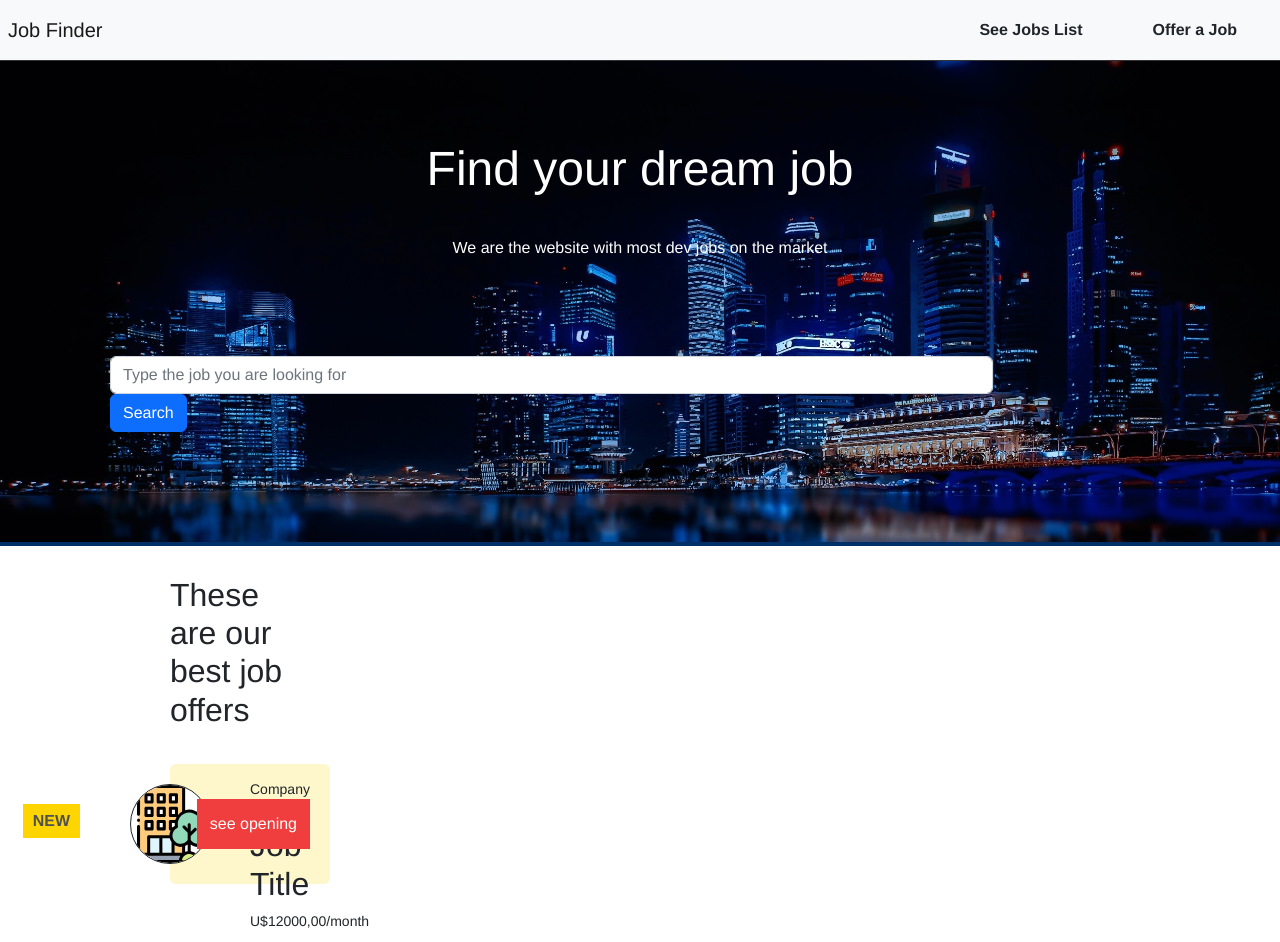
Repository: doncsar/couse-jobfinder-app
Page: templates/index.html
These files come from the project's save history. The page is drawn as it stood at one moment and after the next save; the edit follows.
The browser window is 1280 px wide. The pictures show the whole page.

Above is the page before, as saved 2023-12-20 19:24:22.

After the next save:
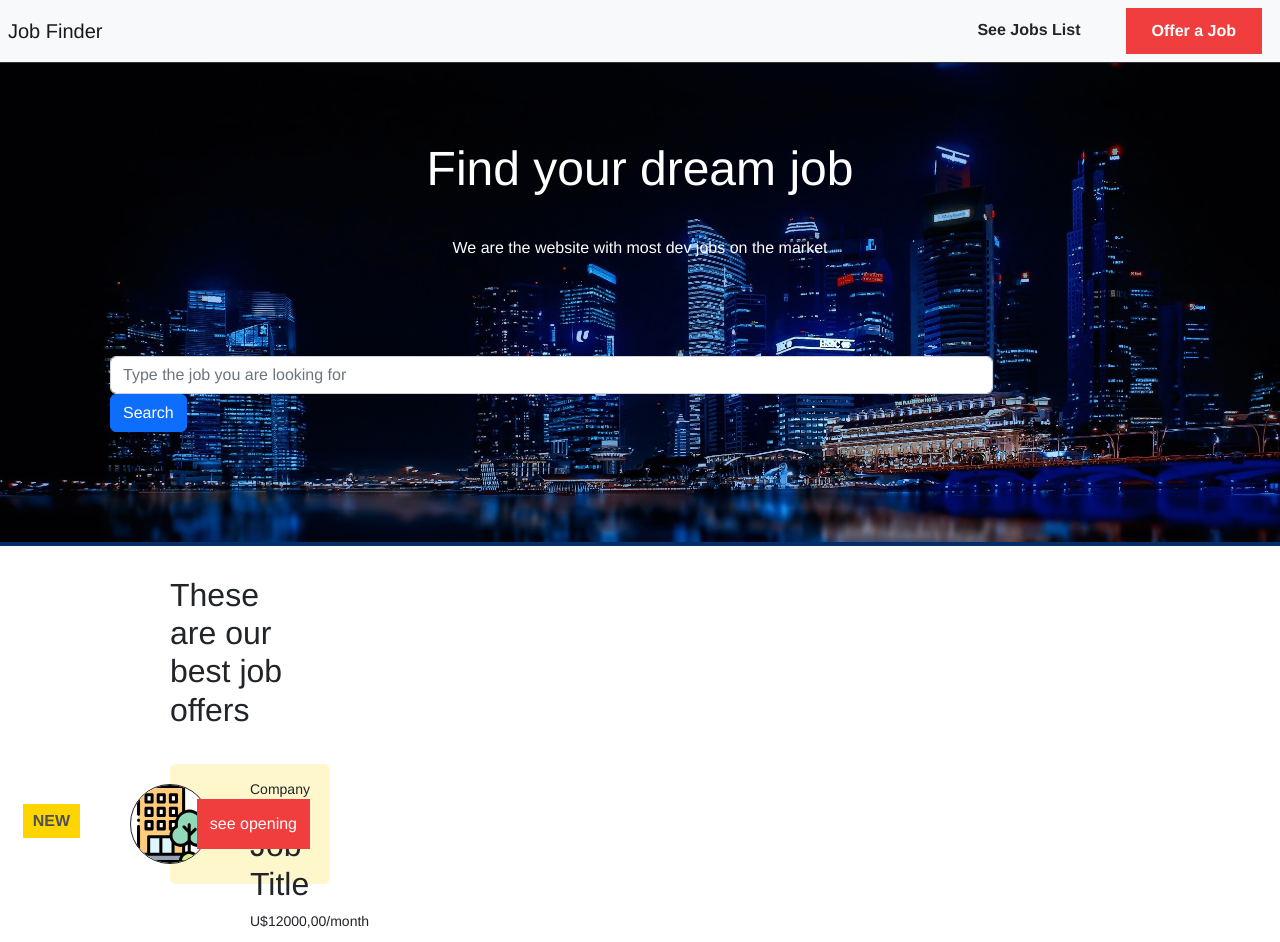
Saved 4 s later.
--- a/templates/index.html
+++ b/templates/index.html
@@ -36,7 +36,7 @@
                      <a class="nav-link" href="index.html">See Jobs List</a>
                   </li>
                   <li class="nav-item">
-                     <a href="#" class="nav-link">Offer a Job</a>
+                     <a href="#" class="nav-link btn btn-primary">Offer a Job</a>
                   </li>
                </ul>
             </div>
